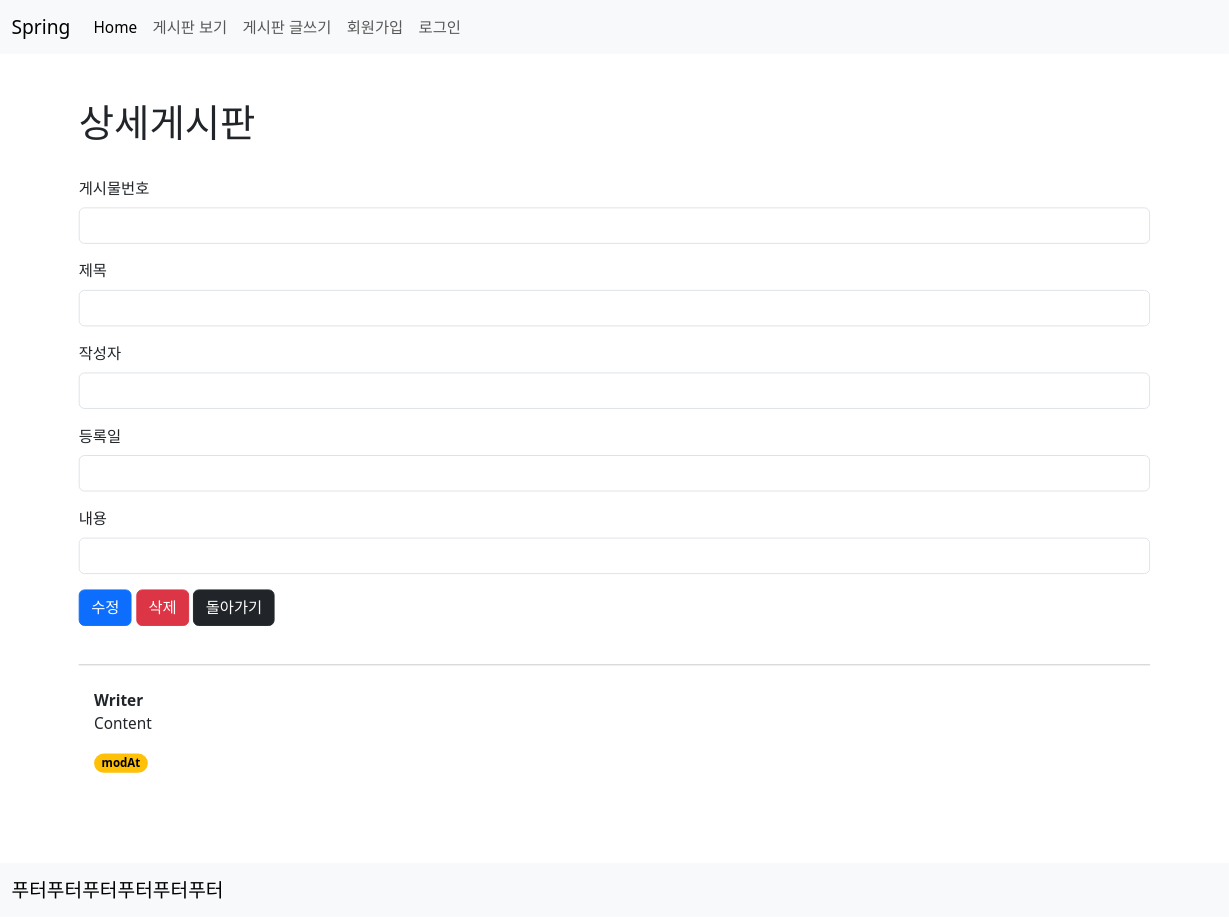
Repository: Jensuchan/spring_solo_project
Page: http://localhost/spring_test/WEB-INF/views/board/detail.jsp
An editor plug-in stored every save of this project. The page is shown before and after the next save, followed by the edit.
The browser window is 1280 px wide. The pictures show the whole page, at 96% of full size.
The page is served by Tomcat 9. Nobody is signed in. The template is opened directly, without the code that normally fills it, so the values that code supplies are empty.

Above is the page before, as saved 2024-01-17 02:54:43.

After the next save:
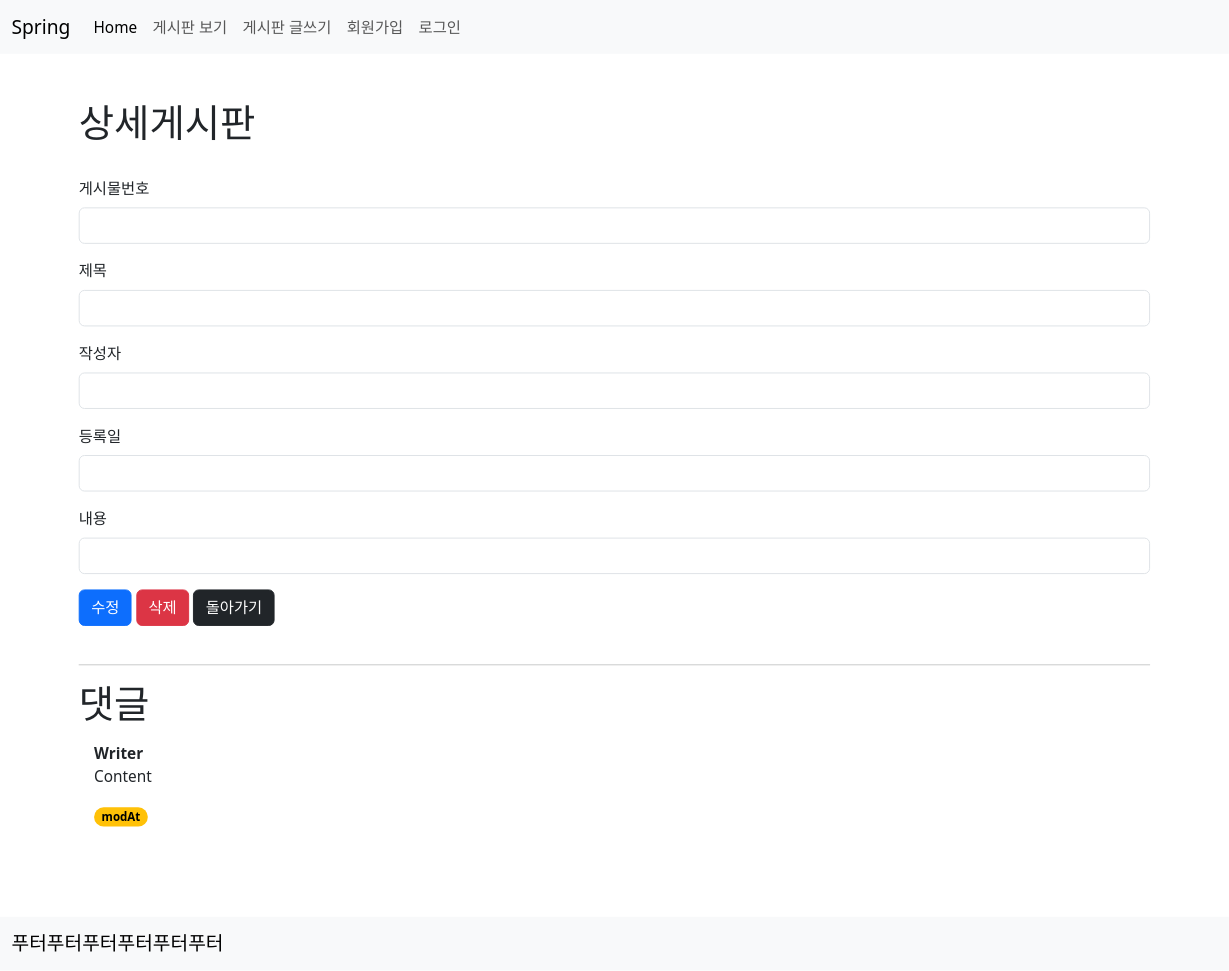
Saved 26 s later.
--- a/spring_test/src/main/webapp/WEB-INF/views/board/detail.jsp
+++ b/spring_test/src/main/webapp/WEB-INF/views/board/detail.jsp
@@ -36,7 +36,7 @@
 
 	<hr>
 
-
+	<h1>댓글</h1>
 	<ul class="list-group list-group-flush" id="cmtListArea">
 	  <li class="list-group-item">
 	  	<div class="mb-3">
